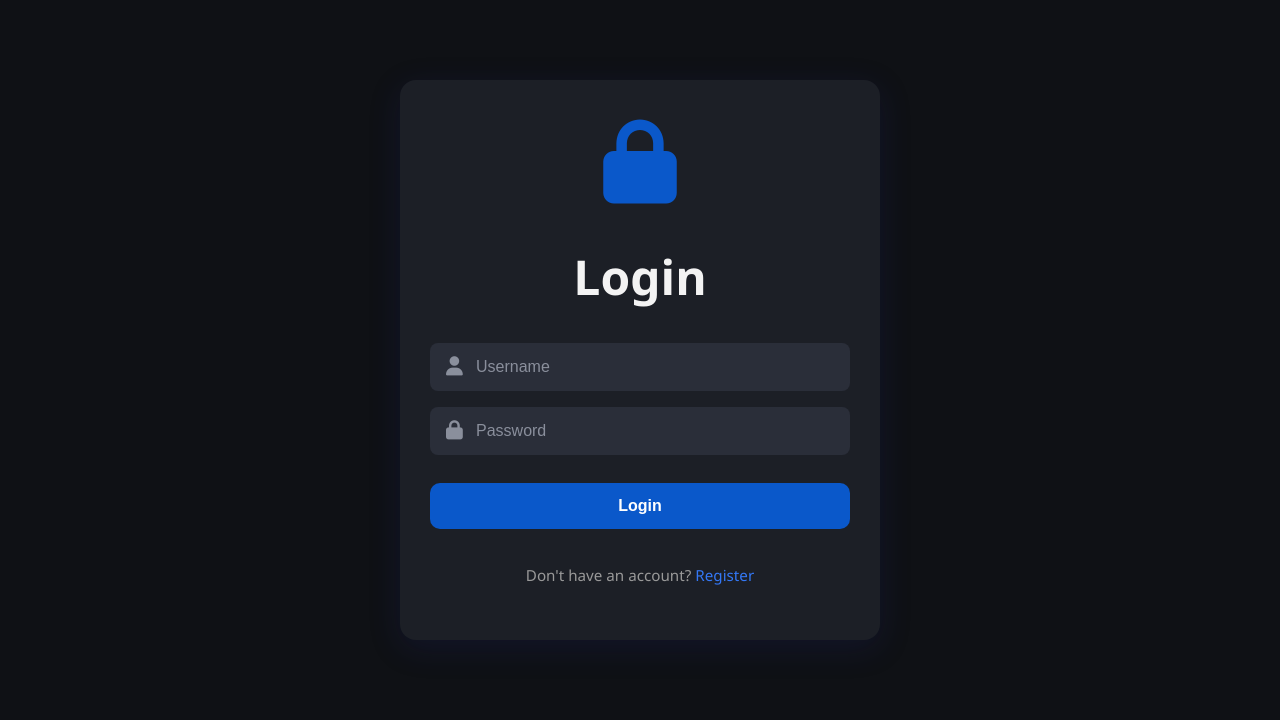
Repository: lowluds/auth-flask
Page: http://localhost/login
An editor plug-in stored every save of this project. The page is shown before and after the next save, followed by the edit.
The browser window is 1280 px wide. The pictures show the whole page.
The page is served by the project's application, run on Flask 3 (login.py).

Above is the page before, as saved 2025-07-10 23:54:45.

After the next save:
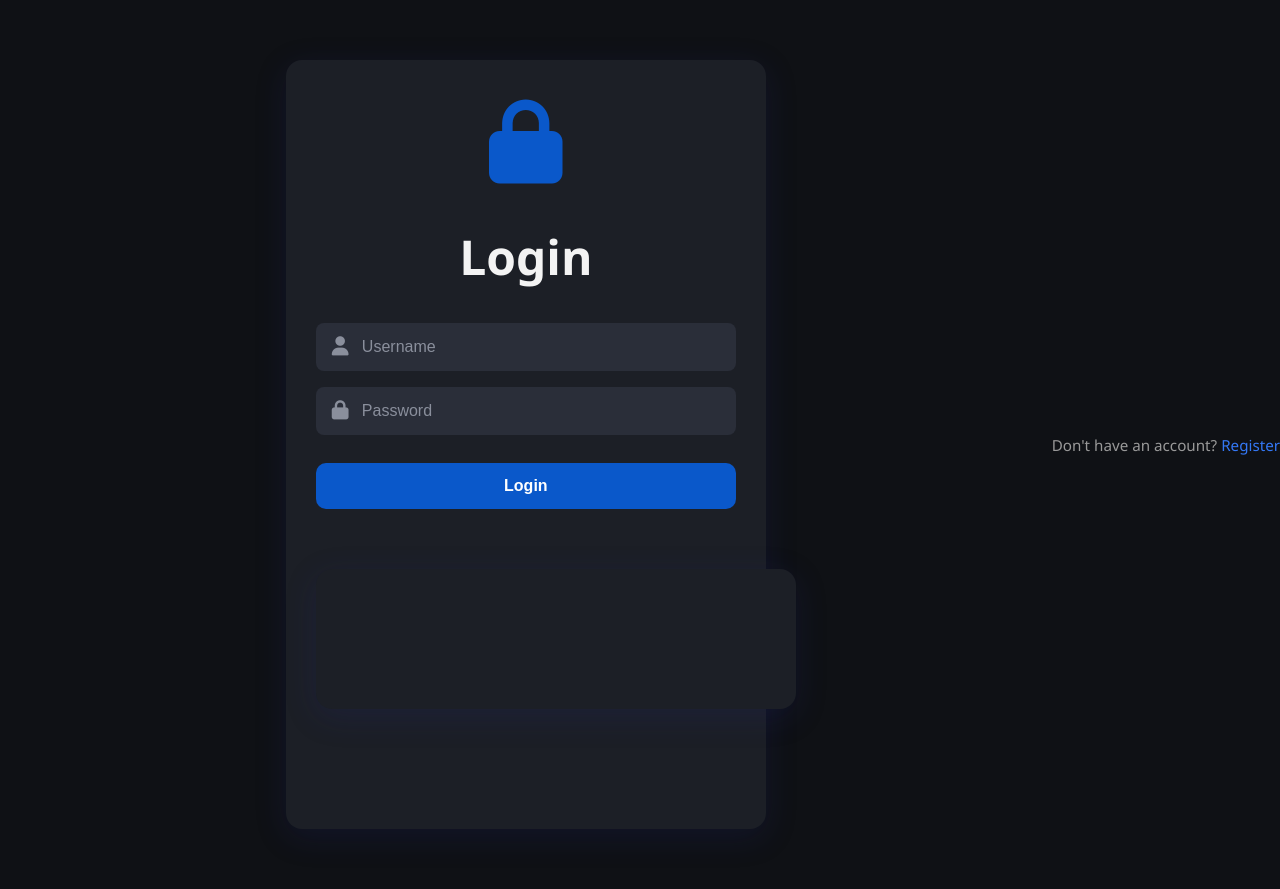
Saved 36 s later.
--- a/templates/login.html
+++ b/templates/login.html
@@ -37,12 +37,11 @@
 
             <button type="submit">Login</button>
 
+            <div class="login-container forgot-container"></div>
             {% if show_forgot %}
-            <div class="login-container forgot-container"></div>
             <a href="{{ url_for('forgot_password') }}" class="forgot-link">Forgot password?</a>
+            {% endif %}
             </div>
-            {% endif %}
-
         </form>
         <p>Don't have an account? <a href="/register">Register</a></p>
     </div>

After the save that followed:
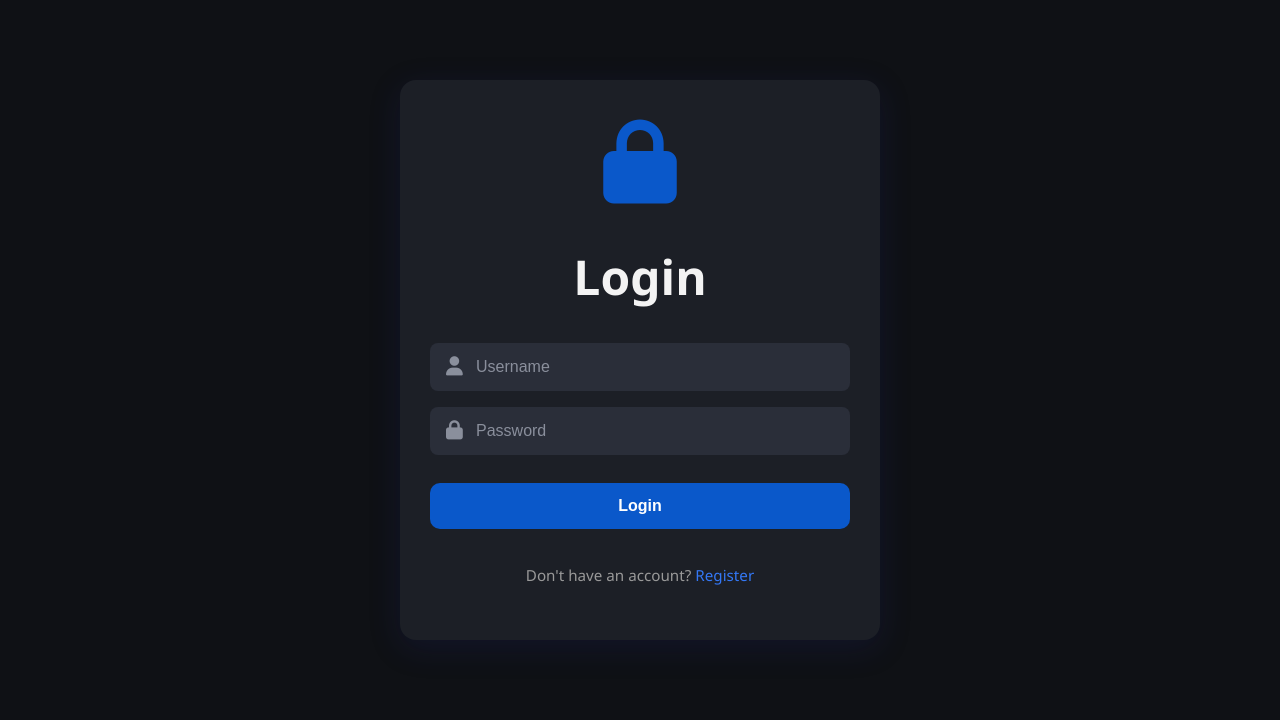
Saved 12 s later.
--- a/templates/login.html
+++ b/templates/login.html
@@ -37,11 +37,10 @@
 
             <button type="submit">Login</button>
 
-            <div class="login-container forgot-container"></div>
             {% if show_forgot %}
             <a href="{{ url_for('forgot_password') }}" class="forgot-link">Forgot password?</a>
             {% endif %}
-            </div>
+
         </form>
         <p>Don't have an account? <a href="/register">Register</a></p>
     </div>
